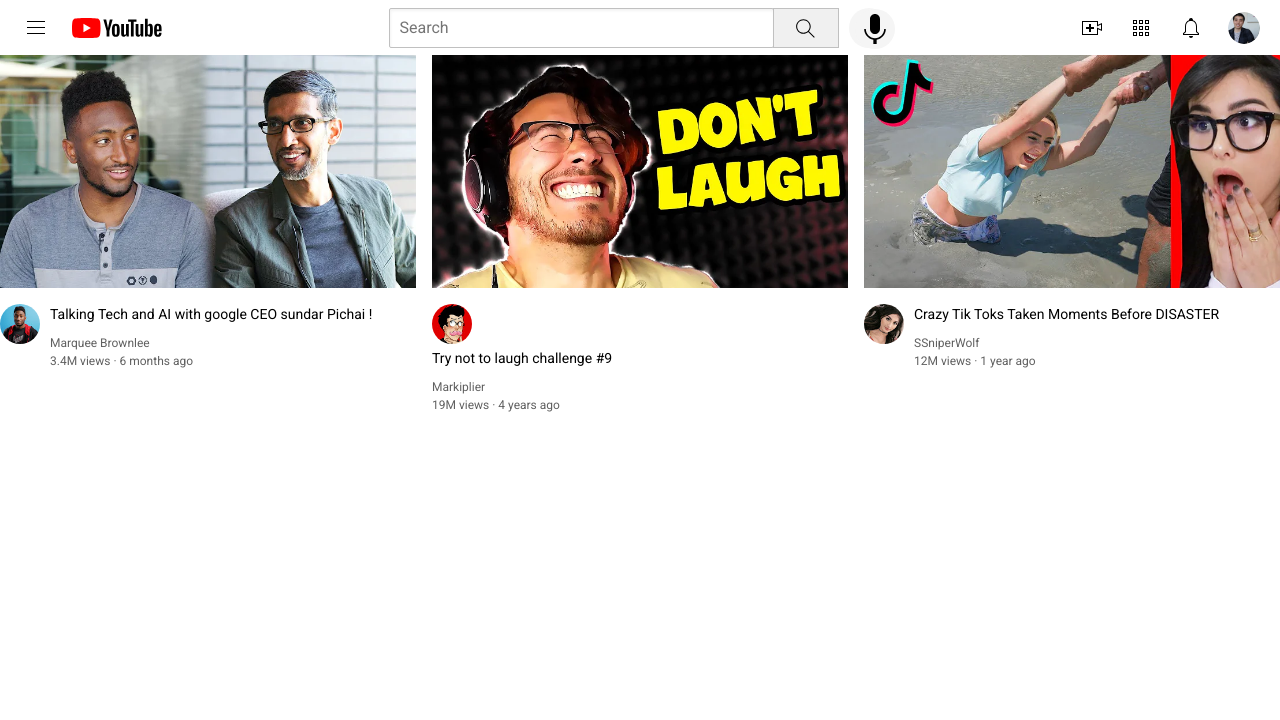
Repository: knowledgeAlan/html-css-thirteen
Page: youtube.html
These files come from the project's save history. The page is drawn as it stood at one moment and after the next save; the edit follows.
The browser window is 1280 px wide. The pictures show the whole page.

Above is the page before, as saved 2024-03-19 17:40:17.

### youtube.html
<!DOCTYPE html>
<html>

<head>
    <title>Youtube.com Clone</title>

    <link rel="preconnect" href="https://fonts.googleapis.com">
    <link rel="preconnect" href="https://fonts.gstatic.com" crossorigin>
    <link href="https://fonts.googleapis.com/css2?family=Roboto:wght@400;500;700&display=swap" rel="stylesheet">

    <link rel="stylesheet" href="styles/general.css">
    <link rel="stylesheet" href="styles/header.css">
    <link rel="stylesheet" href="styles/video.css">

    <body>


        <div class="header">


            <div class="left-section">

                <img class="hamburger-menu" src="icons/hamburger-menu.svg">
                <img class="youtube-logo" src="icons/youtube-logo.svg">

            </div>

            <div class="middle-section">
                <input class="search-bar" type="text" placeholder="Search">

                <button class="search-button">
                    <img class="search-icon" src="icons/search.svg">
                </button>

                <button class="voice-search-button">
                       <img class="voice-search-button" src="icons/voice-search-icon.svg" >
                </button>
            </div>

            <div class="right-section">
                <img class="upload-icon" src="icons/upload.svg">
                <img class="youtube-apps-icon" src="icons/youtube-apps.svg">
                <img class="notifications-icon" src="icons/notifications.svg">
                <img class="current-user-picture" src="channel-pictures/my-channel.jpeg">

            </div>

        </div>

        <div class="video-grid">

            <div class="video-preview">

                <div class="thumbnail-row">
                    <img class="thumbnail" src="thumbnails/thumbnail-1.webp">
                </div>

                <div class="video-info-grid">

                    <div class="channel-picture">
                        <img class="profile-picture" src="channel-pictures/channel-1.jpeg">
                    </div>

                    <div class="video-info">
                        <p class="video-title">
                            Talking Tech and AI with google CEO sundar Pichai !

                        </p>

                        <p class="video-author">
                            Marquee Brownlee
                        </p>

                        <p class="video-stats">
                            3.4M views &#183; 6 months ago
                        </p>

                    </div>
                </div>
            </div>


            <div class="video-preview">
                    <div class="thumbnail-row">
                        <img class="thumbnail" src="thumbnails/thumbnail-2.webp">

                    </div>

                    <div class="=video-info-grid">
                        <div class="channel-picture">
                            <img class="profile-picture" src="channel-pictures/channel-2.jpeg">
                        </div>

                        <div class="video-info">
                            <p class="video-title">
                                Try not to laugh challenge #9
                            </p>

                            <p class="video-author">
                                Markiplier
                            </p>

                            <p class="video-stats">
                                19M views &#183; 4 years ago
                            </p>
                        </div>
                    </div>
            </div>



            <div class="video-preview">

                <div class="thumbnail-row">
                    <img class="thumbnail" src="thumbnails/thumbnail-3.webp">
                </div>

                <div class="video-info-grid">
                    <div class="channel-picture">
                        <img class="profile-picture"    src="channel-pictures/channel-3.jpeg">
                    </div>

                    <div class="video-info">
                         <p class="video-title">
                            Crazy Tik Toks Taken Moments Before DISASTER
                         </p>

                         <p class="video-author">
                            SSniperWolf
                         </p>

                         <p class="video-stats">
                            12M views &#183; 1 year ago
                         </p>
                    </div>
                </div>
            </div>
        </div>



    </body>
</head>
</html>

### styles/general.css
p{
    font-family: Roboto,Arial;
    margin-top: 0;
    margin-bottom: 0;
}

body{
    margin: 0;
}

### styles/header.css
.header {
    height: 55px;
    display: flex;
    flex-direction: row;
    justify-content: space-between;


}


.left-section {

    display: flex;
    align-items: center;
}

.hamburger-menu {

    height: 24px;
    margin-left: 24px;
    margin-right: 24px;
}


.youtube-logo {
    height: 20px ;
}

.middle-section {
    flex: 1;
    margin-left: 70px;
    margin-right:  35px;
    max-width: 500px;
    display: flex;
    align-items: center;
}

.search-bar{
    flex: 1;
    height: 36px;
    padding-left: 10px;
    font-size: 16px;
    border-width: 1px;
    border-style: solid;
    border-color: rgb(192, 192, 192);
    border-radius: 2px;
    box-shadow: inset 1px 2px 3px rgba(0, 0, 0, 0.05);
    width: 0;

}



.search-bar::placeholder {
    font-family: Roboto,Arial;
    font-size: 16px;
}


.search-button{
    height: 40px;
    width: 66px;
    background-color: rgb(240, 240, 240);
    border-width: 1px;
    border-style: solid;
    border-color: rgb(192, 192, 192);
    margin-left: -1px;
    margin-right: 10px;
}


.search-icon {
    height: 25px;
    margin-top: 4px;
}


.voice-search-button{
    height: 40px;
    width: 40px;
    border-radius: 20px;
    border: none;
    background-color: rgb(245, 245, 245);
}


.video-search-icon {
    height: 24px;
    width: 40px;
    border-radius: 20px;
    border: none;
    background-color: rgb(245, 245, 245);
}

.right-section {
    width: 180px;
    margin-right: 20px;
    display: flex;
    align-items: center;
    justify-content: space-between;
    flex-shrink: 0;

}

.upload-icon {
    height: 24px;
}

.youtube-apps-icon{
    height: 24px;
}


.notifications-icon {
    height: 24px;
}

.current-user-picture {
    height: 32px;
    border-radius: 16px ;
}

### styles/video.css
.thumbnail{
    width: 100%;
}

.video-title {
    margin-top: 0;
    font-size: 14px;
    font-weight: 500px ;
    line-height: 20px;
    margin-bottom: 12px;
}


.video-info-grid {
    display: grid;
    grid-template-columns: 50px 1fr;
}


.profile-picture{
    width: 40px;
    border-radius: 50px;
}


.thumbnail-row {
    margin-bottom: 12px;
}

.video-author,.video-stats {
    font-size: 12px;
    color: rgb(96, 96, 96);
}

.video-author {
    margin-bottom: 4px;
}

.video-grid{
    display: grid;
    grid-template-columns: 1fr 1fr 1fr;
    column-gap: 16px;
    row-gap: 40px;
}

After the next save:
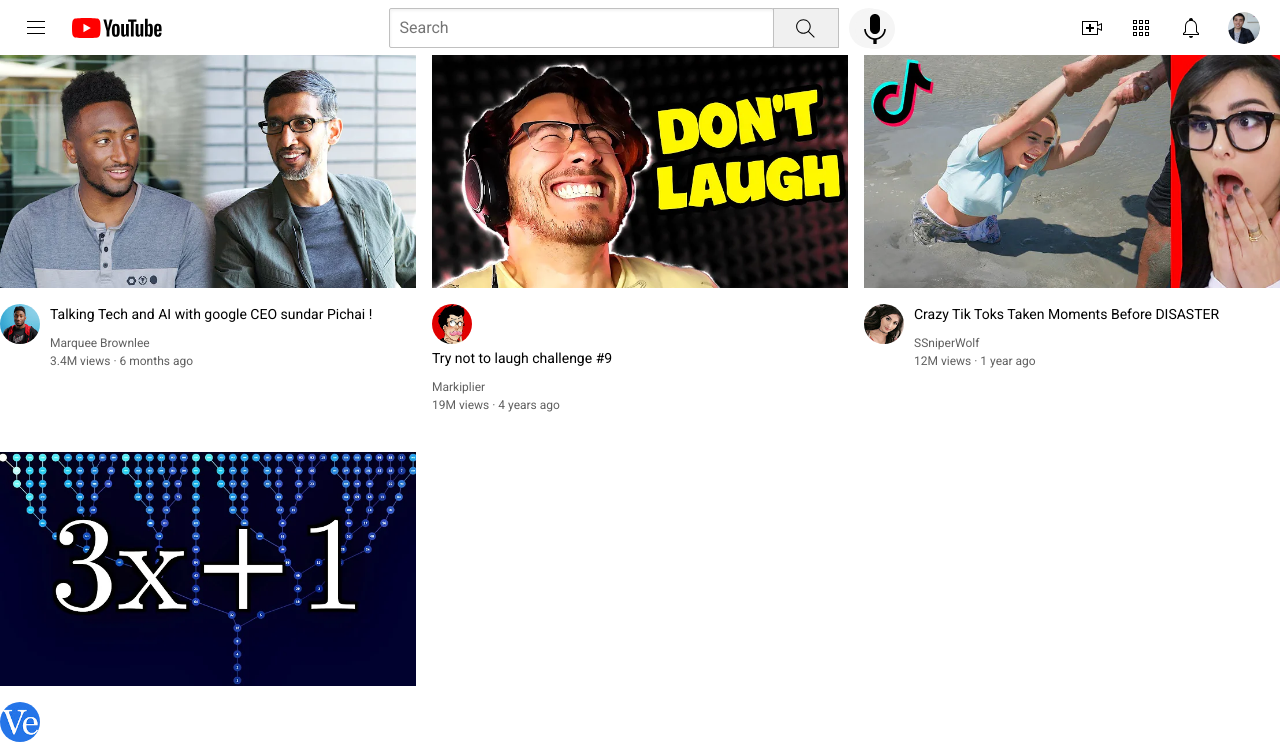
Saved 4 min 16 s later.
--- a/youtube.html
+++ b/youtube.html
@@ -135,6 +135,17 @@
                     </div>
                 </div>
             </div>
+
+            <div class="video-preview">
+                <div class="thumbnail-row">
+                    <img class="thumbnail" src="thumbnails/thumbnail-4.webp">
+                </div>
+                <div class="video-info-grid">
+                    <div class="channel-picture">
+                        <img class="profile-picture" src="channel-pictures/channel-4.jpeg">
+                    </div>
+                </div>
+            </div>
         </div>
 
 
